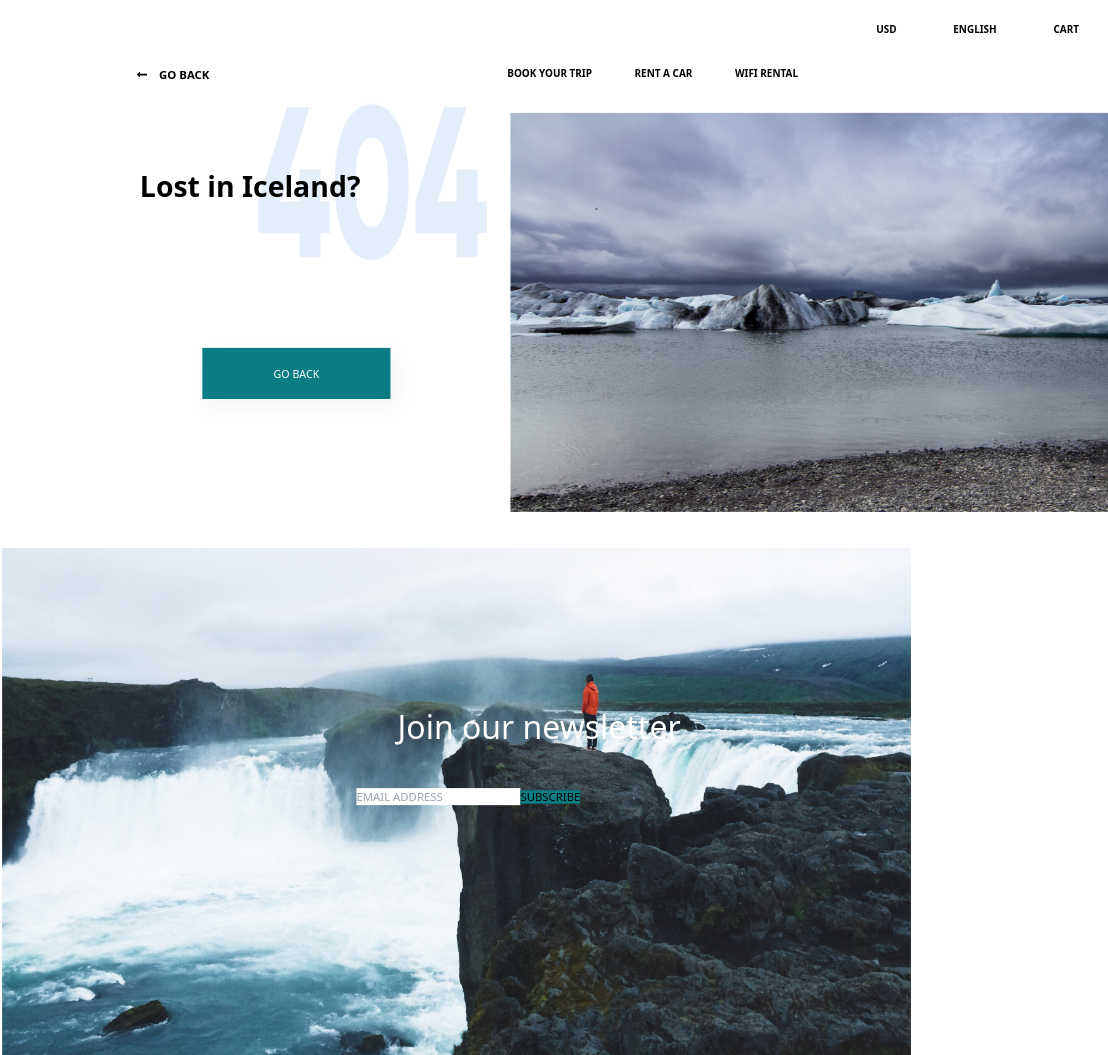
Repository: uh-sman/Iceland
Page: /
The author's editor kept a copy of each file at every save. The page is drawn from the files as they stood at one save, then again after the next save.
The browser window is 1280 px wide. The page is 1561 px wide, so the pictures cover 1561 px, including what lies to the right of the window. The pictures show the whole page, at 71% of full size.
The project was rebuilt for these pictures with package versions that can differ from the ones it lists, and the page was loaded fresh each time.

Above is the page before, as saved 2022-09-08 23:04:34.

### src/App.js
import logo from "./logo.svg";
import "./App.css";
import { Topnav } from "./components/Topnav";
import { FullNav } from "./components/FullNav";
import { Body } from "./Body";

function App() {
  return (
    <div className="App">
      <FullNav />
      <Body />
    </div>
  );
}

export default App;

### src/App.css
* {
  margin: 0;
  padding: 0;
  /* scroll-behavior: none; */
}
.custom {
  background: #097c84;
  box-shadow: 7px 10px 30px rgba(0, 0, 0, 0.05);
  line-height: 18.57px;
}

### src/components/Topnav.js
import React from "react";

export const Topnav = () => {
  return (
    <div className="container w-full py-[31px]">
      <nav className="absolute left-[1234px]">
        <ul className="space-x-20 text-sm font-semibold">
          <a href="">USD</a>
          <a href="">ENGLISH</a>
          <a href="">CART</a>
        </ul>
      </nav>
    </div>
  );
};

### src/components/FullNav.jsx
import React from "react";
import { Bottomnav } from "./Bottomnav";
import { Hero } from "./Hero";
import { Newsletter } from "./Newsletter";
import { Topnav } from "./Topnav";

export const FullNav = () => {
  return (
    <div>
      <Topnav />
      <Bottomnav />
      <Hero />
      <div className="h-[51px]">{/* <Newsletter /> */}</div>
    </div>
  );
};

### src/Body.js
import React from "react";
import { Newsletter } from "./components/Newsletter";

export const Body = () => {
  return (
    <div>
      <Newsletter />
    </div>
  );
};

### src/components/Bottomnav.js
import React from "react";
import { FaLongArrowAltLeft } from "react-icons/fa";
export const Bottomnav = () => {
  return (
    <nav className="container w-full">
      <div className="py-[31px]">
        <div className="container">
          <h1 className="flex items-center gap-4 absolute left-[192px]">
            <FaLongArrowAltLeft />
            <a className=" cursor-pointer font-semibold text-md">GO BACK</a>
          </h1>
        </div>
        <div className="container">
          <div className="absolute right-[156px]">
            <ul className="space-x-[60px] text-sm font-semibold cursor-pointer">
              <a>BOOK YOUR TRIP</a>
              <a>RENT A CAR</a>
              <a>WIFI RENTAL</a>
            </ul>
          </div>
        </div>
      </div>
    </nav>
  );
};

### src/components/Hero.js
import React from "react";
import four from "../Assets/404.png";
import img from "../Assets/404 background 1.png";
import { Button } from "./Button";
export const Hero = () => {
  return (
    <div>
      <div className="container">
        <img
          src={four}
          className="absolute left-[363px] top-[146px] h-[221px] w-[323px]"
        />
      </div>
      <div className="container inset-3">
        <h1 className="font-semibold text-[40px] absolute left-[197px] top-[232px] ">
          Lost in Iceland?
        </h1>
      </div>
      <div className="container">
        <img
          src={img}
          className="absolute left-[719px] top-[159px] w-[842px] h-[562px]"
        />
      </div>
      <Button />
    </div>
  );
};

### src/components/Newsletter.js
import React from "react";
import adventure from "../Assets/adventure-makes-things-meaningful_t20_Vo0aX3 1.png";
export const Newsletter = () => {
  return (
    <div>
      <div className="container">
        <img
          src={adventure}
          className="absolute w-[1440px] h-[714px] left-[3px]
          top-[772px]"
        />
        <div className="container">
          <h1 className="text-[45px] font-[600px] absolute top-[990px] left-[560px] text-white">
            Join our newsletter
          </h1>
        </div>
        <div>
          <div className="absolute top-[1110px] w-[499px] h-[57px] left-[502px]">
            <input placeholder="EMAIL ADDRESS" type="email" />
            <button className="custom">SUBSCRIBE</button>
          </div>
        </div>
      </div>
    </div>
  );
};

### src/components/Button.js
import React from "react";

export const Button = () => {
  return (
    <div>
      <div>
        <button className="absolute w-[265px] h-[72px] left-[285px] top-[490px] custom font-[700px] text-white text-[15px]">
          GO BACK
        </button>
      </div>
    </div>
  );
};

### tailwind.config.js
/** @type {import('tailwindcss').Config} */
module.exports = {
  content: ["./src/**/*.{html,js,jsx}"],
  theme: {
    screens: {
      sm: "480px",
      md: "768px",
      lg: "976px",
      xl: "1440px",
    },
    extend: {},
  },
  plugins: [],
};

Loaded but not shown: public/index.html (common file); src/index.js (common file); src/index.css (common file)

After the next save:
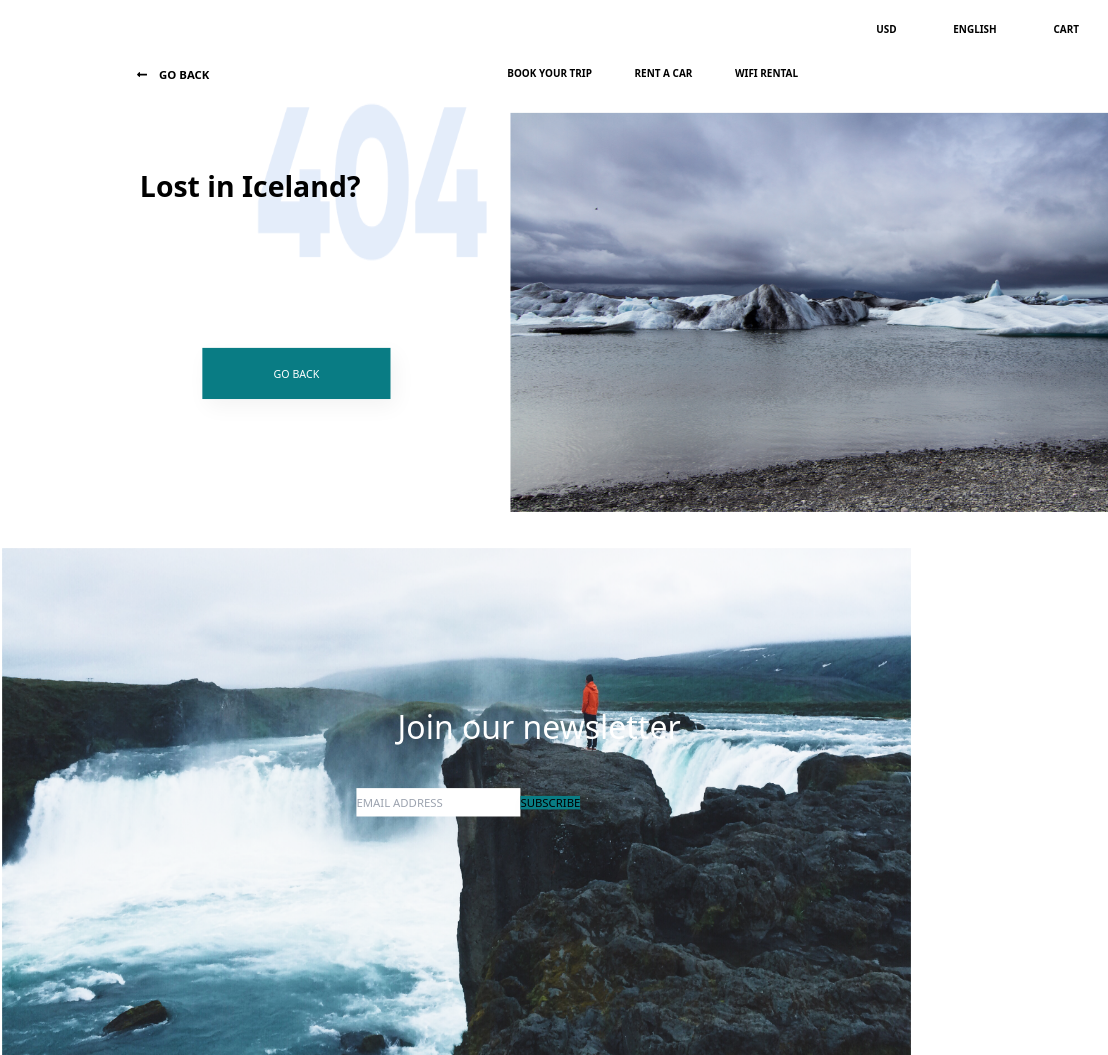
Saved 41 s later.
--- a/src/components/Newsletter.js
+++ b/src/components/Newsletter.js
@@ -16,7 +16,7 @@
         </div>
         <div>
           <div className="absolute top-[1110px] w-[499px] h-[57px] left-[502px]">
-            <input placeholder="EMAIL ADDRESS" type="email" />
+            <input placeholder="EMAIL ADDRESS" type="email" className="py-2" />
             <button className="custom">SUBSCRIBE</button>
           </div>
         </div>

After the save that followed:
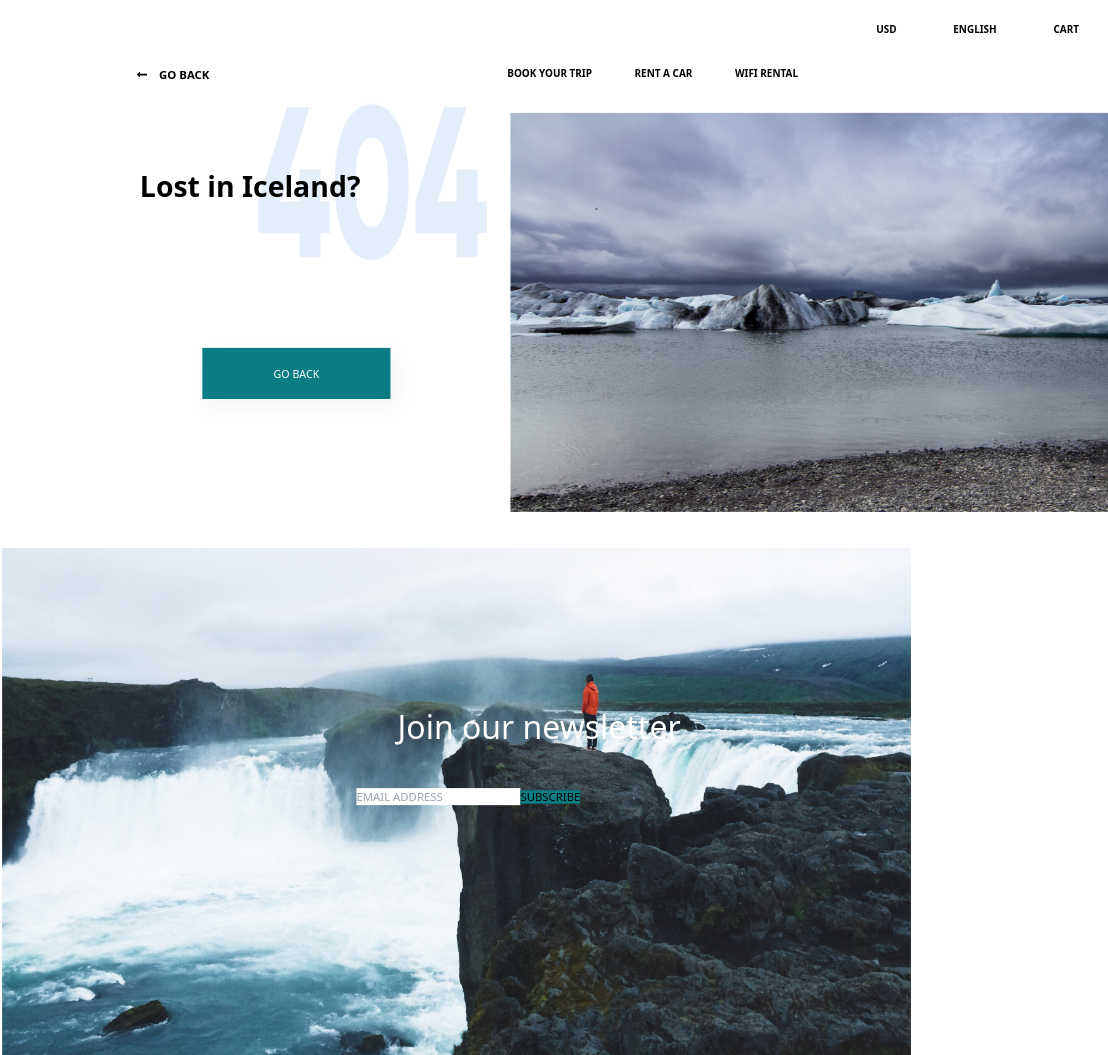
Saved 40 s later.
--- a/src/App.css
+++ b/src/App.css
@@ -8,3 +8,14 @@
   box-shadow: 7px 10px 30px rgba(0, 0, 0, 0.05);
   line-height: 18.57px;
 }
+.button {
+  box-sizing: border-box;
+  position: absolute;
+  width: 499px;
+  height: 57px;
+  left: 502px;
+  top: 1110px;
+
+  background: #f9fbff;
+  border: 1px solid #e1e3e9;
+}
--- a/src/components/Newsletter.js
+++ b/src/components/Newsletter.js
@@ -16,7 +16,7 @@
         </div>
         <div>
           <div className="absolute top-[1110px] w-[499px] h-[57px] left-[502px]">
-            <input placeholder="EMAIL ADDRESS" type="email" className="py-2" />
+            <input placeholder="EMAIL ADDRESS" type="email" className="" />
             <button className="custom">SUBSCRIBE</button>
           </div>
         </div>
